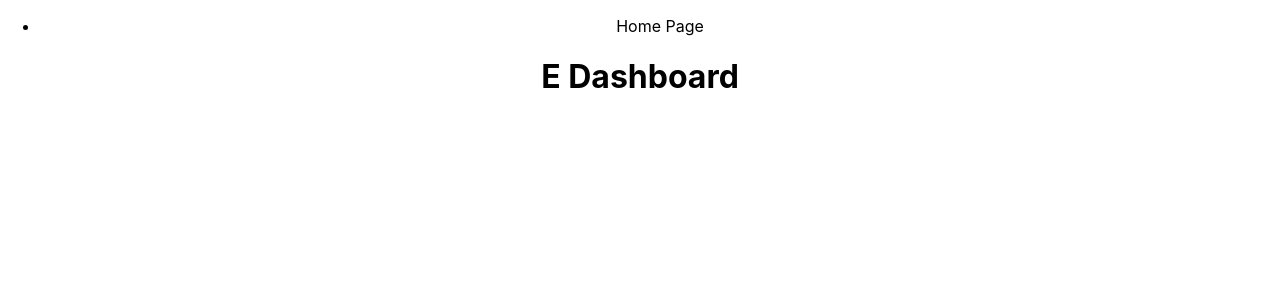
Repository: ShahbazGurmani/react-code-e-dashboard
Page: /add
These files come from the project's save history. The page is drawn as it stood at one moment and after a run of saves; the edit follows.
The browser window is 1280 px wide. The pictures show the whole page.
The project was rebuilt for these pictures with package versions that can differ from the ones it lists, and the page was loaded fresh each time.

Above is the page before, as saved 2023-08-23 00:49:58.

After the next 2 saves:
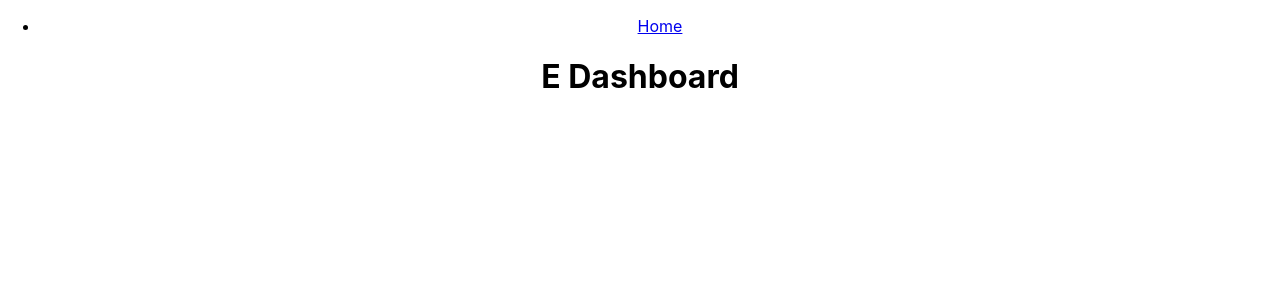
The 2 saves are shown as one change because 1 did not build or start.
The last was saved 4 min 57 s later.
--- a/src/App.js
+++ b/src/App.js
@@ -1,13 +1,15 @@
 
 import './App.css';
 import Nav from './Nav';
+import { BrowserRouter } from 'react-router-dom';
 
 function App() {
   return (
     <div className="App">
+      <BrowserRouter>
         <Nav/>
         <h1>E Dashboard</h1>
-
+        </BrowserRouter>
     </div>
   );
 }
--- a/src/Nav.js
+++ b/src/Nav.js
@@ -1,10 +1,11 @@
 import React from "react";
+import { Link } from "react-router-dom";
 
 const Nav = ()=>{
     return(
         <div>
             <ul>
-               <li>Home Page</li>
+               <li><Link to="/">Home</Link></li>
             </ul>
         </div>
     )
